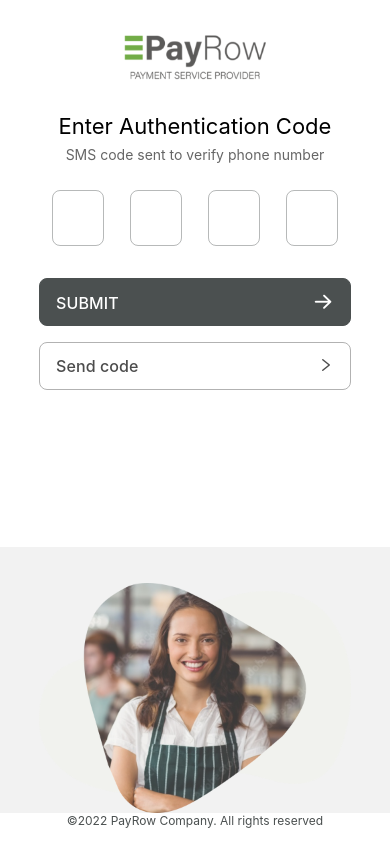
Repository: rishabh-critical-river/payrowios
Screen: /Create Account
An editor plug-in stored every save of this project. The screen is shown before and after a run of saves, followed by the edit.
The app was drawn by React Native's web renderer in a window 390 px wide. The project was rebuilt for these pictures with package versions that can differ from the ones it lists, and the page was loaded fresh each time. Also part of the build but not shown: screens/home/HomeScreen.tsx, screens/home/HomeComponents/TapToPay.tsx, screens/home/HomeComponents/PaymentSummary.js, screens/home/HomeComponents/AddItem.js, screens/home/HomeComponents/TapCard.tsx, screens/home/HomeComponents/EnterPin.tsx, screens/home/HomeComponents/Confirmation.tsx, screens/home/HomeComponents/NewPayment.tsx and 37 more.

Above is the screen before, as saved 2023-07-27 03:40:50.

After the next 5 saves:
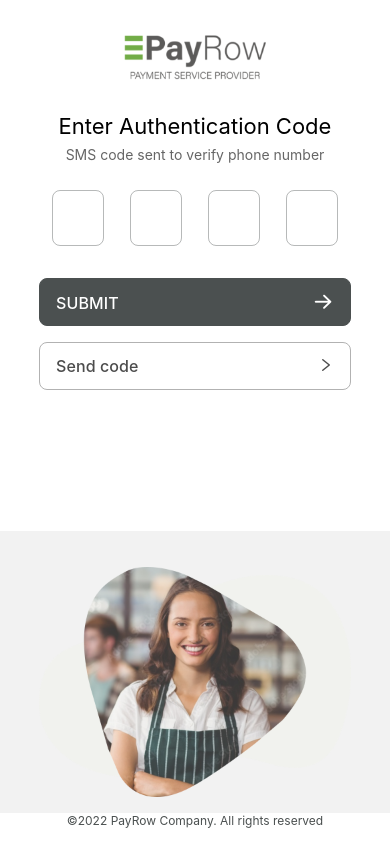
The 5 saves are shown as one change because they came seconds apart.
The last was saved 71 s later.
--- a/screens/onboarding/CreateAccount.js
+++ b/screens/onboarding/CreateAccount.js
@@ -195,6 +195,7 @@ function CreateAccount({ navigation }) {
             height: 230,
             alignSelf: "center",
             marginTop: 36,
+            marginBottom:16,
           }}
         />
 
